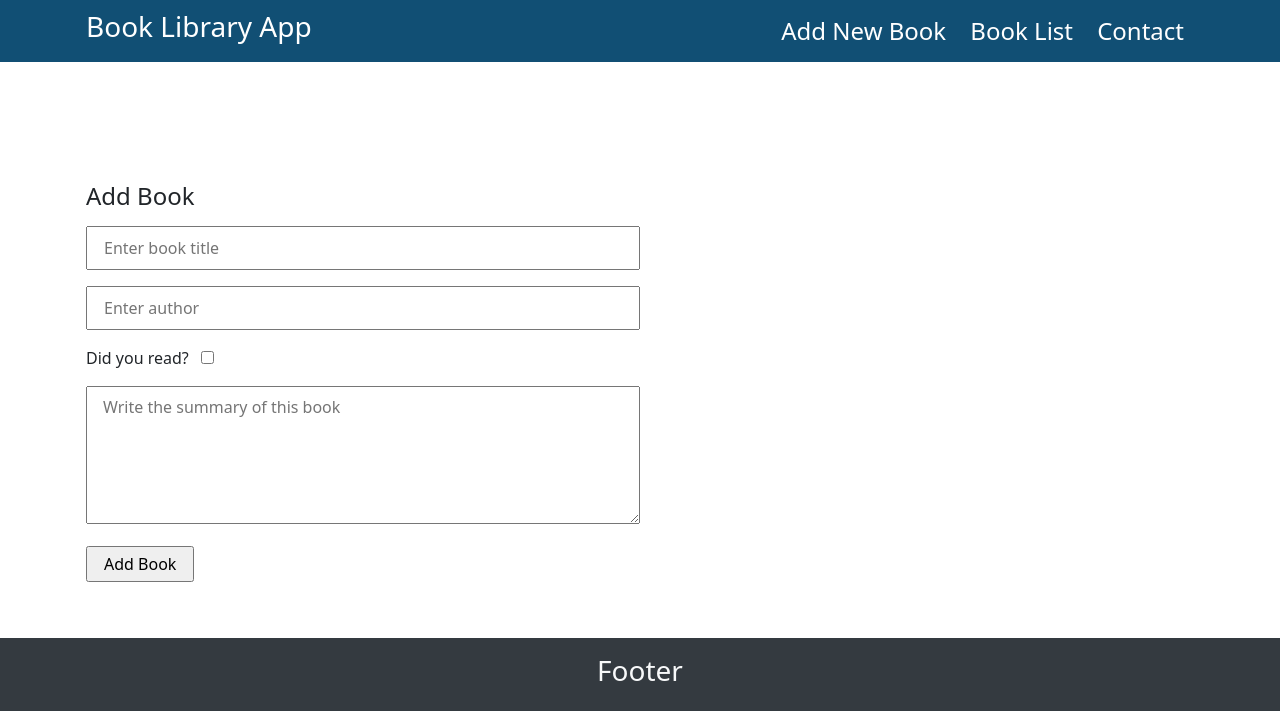
Repository: just-mann/booklibrary-app
Page: http://localhost/
These files come from the project's save history. The page is drawn as it stood at one moment and after the next save; the edit follows.
The browser window is 1280 px wide. The pictures show the whole page.
The page is served by the project's Node server (app.js).

Above is the page before, as saved 2021-06-06 04:06:25.

### views/index.ejs
<!DOCTYPE html>
<html lang="en">
<%- include('./partials/Header') %>
<body>
    <%- include('./partials/Navbar') %>
      <div class="container py-5 home">
        <div class="w-50 p-5 py-4 px-0">
          <form action="/books" method="POST" class="p-5 px-0">
            <h4>Add Book</h4>
              <div class="my-3">
                <input class="px-3 py-2 title w-100" type="text" name="title" id="title" placeholder="Enter book title" required>
              </div>
              <div class="my-3">
                <input class="px-3 py-2 author w-100" type="text" name="author" id="author" placeholder="Enter author" required>
              </div>
              <div class="my-3">
                <label for="isRead" class="mr-2">Did you read?</label>
                <input class="px-3 py-2 isRead" type="checkbox" name="isRead" id="isRead">
              </div>
              <div class="my-3">
                <textarea class="px-3 py-2 isRead w-100" name="summary" id="summary" cols="30" rows="5" placeholder="Write the summary of this book" required></textarea>
              </div>
              <div class="my-3">
                <input class="px-3 py-1 submitBtn" type="submit" value="Add Book">
              </div>
          </form>
        </div>
      </div>
    <%- include('./partials/Footer') %>
</body>
</html>

### views/partials/Header.ejs
<head>
    <meta charset="UTF-8">
    <meta name="viewport" content="width=device-width, initial-scale=1.0">
    <title><%= title %></title>
    <link rel="stylesheet" href="https://stackpath.bootstrapcdn.com/bootstrap/5.0.0-alpha1/css/bootstrap.min.css" integrity="sha384-r4NyP46KrjDleawBgD5tp8Y7UzmLA05oM1iAEQ17CSuDqnUK2+k9luXQOfXJCJ4I" crossorigin="anonymous">
    <script src="https://cdn.jsdelivr.net/npm/popper.js@1.16.0/dist/umd/popper.min.js" integrity="sha384-Q6E9RHvbIyZFJoft+2mJbHaEWldlvI9IOYy5n3zV9zzTtmI3UksdQRVvoxMfooAo" crossorigin="anonymous"></script>
    <link rel="stylesheet" href="https://unpkg.com/aos@next/dist/aos.css" />
    <link rel="stylesheet" href="https://unpkg.com/aos@next/dist/aos.css" />
    <script src="https://stackpath.bootstrapcdn.com/bootstrap/5.0.0-alpha1/js/bootstrap.min.js" integrity="sha384-oesi62hOLfzrys4LxRF63OJCXdXDipiYWBnvTl9Y9/TRlw5xlKIEHpNyvvDShgf/" crossorigin="anonymous"></script>
    <link rel="stylesheet" href="/style.css">
  </head>

### views/partials/Navbar.ejs
<nav class="container-fluid sticky-top">
    <div class="container">
        <a href="/" class="logo"><h3>Book Library App</h3></a>
        <div class="nav__links">
            <a href="/">Add New Book</a>
            <a href="/booklist">Book List</a>
            <a href="/contact">Contact</a>
        </div>
    </div>
</nav>

### views/partials/Footer.ejs
<footer class="bg-dark py-3 text-light text-center">
    <script src="https://ajax.googleapis.com/ajax/libs/jquery/3.5.1/jquery.min.js"></script>
    <script src="/script.js"></script>
    <div class="container">
        <h3>Footer</h3>
    </div>
</footer>
<script src="https://unpkg.com/aos@next/dist/aos.js"></script>
<script>
  AOS.init();
</script>

### app.js
const express = require('express'); //import express package
const app = express(); //initialize the express app
const bodyParser = require('body-parser') //import body-parser to handle data from the form
const MongoClient = require('mongodb').MongoClient; //import the mongodbClient
const { ObjectId } = require('bson');
const dbName = 'myBookList';
const dbCollectionName = 'bookCollection';

const PORT = process.env.PORT || 5000;


// Configure the body-parser
app.use(bodyParser.urlencoded({ extended: true }));


// Make static files accessible
app.use(express.static('public'));


// Set View Engine
app.set('view engine', 'ejs');



// Connect to Database
const dbURI = 'mongodb+srv://bookUser:cUk4rECaXyAWsNz8@crud-tutorial.xd65d.mongodb.net/myBookList?retryWrites=true&w=majority';
MongoClient.connect(dbURI, { useUnifiedTopology: true })
    .then(client => {

        app.listen(PORT, () => {
            console.log(`App is now running on PORT ${PORT} and Database: ${dbName} is connected`)
        });

        const db = client.db(`${dbName}`);

        const myCollection = db.collection(`${dbCollectionName}`);

        app.post('/books', (req, res) => {
            myCollection.insertOne(req.body)
                .then(result => {
                    console.log('Item added to database...');
                })
                .catch(err => console.log(err));
            res.redirect('bookList');
        })

        app.get('/booklist', (req, res) => {
            myCollection.find().sort({_id: -1}).toArray()
                .then(result => {
                    res.render('bookList', { myList: result, title: "Book List" });
                })
                .catch(err => console.log(err));
        })


        app.get('/booklist/:id', (req, res) => {
            const id = req.params.id;
            myCollection.findOne({ _id: ObjectId(`${id}`)})
                .then(result => {
                    res.render('details', { singleBook: result, title: `Book Detail  -  ${result.title}` })
                })
                .catch(err => console.log(err));
        })


        app.delete('/booklist/:id', (req, res) => {
            const id = req.params.id;
            myCollection.deleteOne({_id: ObjectId(`${id}`)})
                .then(result => {
                    res.json({ redirect: '/booklist'})
                })
                .catch(err => console.log(err));
        })


        app.get('/', (req, res) => {
            res.render('index', { title: "Add New Book" });
        })


        app.get('/contact', (req, res) => {
            res.render('contact', { title: "Contact Me" });
        })

        app.use((req, res) => {
            res.status(404).render('404', { title: '404, Page Not Found'});
        })

    })
    .catch(err => console.log(err));

### public/style.css
* {
    padding: 0;
    margin: 0;
    box-sizing: border-box;
}
body {
    min-height: 100vh;
}

a {
    text-decoration: none;
}

nav {
    background-color: #114f74;
    padding: 10px 0px;
}

nav .container {
    display: flex;
    justify-content: space-between;
    align-items: center;
}

nav .container .logo h3 {
    color: #ffffff;
    font-weight: 350;
}

nav .container .nav__links {
    color: #ffffff;
}

nav .container .nav__links a {
    color: #ffffff;
    font-size: 1.5rem;
    padding: 10px 0px;
    margin: 0px 10px;
    font-weight: 300;
}

.nav__links a:hover {
    color: red;
}

.listDiv {
    display: flex;
    grid-template-columns: repeat(3, 1fr);
}

.list {
    max-width: 350px;
    min-height: 150px;
    margin: 0px 15px;
    background-color: #e2e2e2;
    border-left: 15px solid #41a1b9;
    opacity: 0.9;
    transition: opacity 0.6s;
}

.list:hover {
    opacity: 1;
}


/* Home Page */
.home {
    height: 80vh;
}



/* Book List Page */
.bookList {
    min-height: 82vh;
}






/* details page */
.details {
    height: 100vh;
}



.bookSummary {
    max-width: 1100px;
    background: yellow;
}



/* Contact Page */
.contact {
    height: 85vh;
}

Loaded but not shown: public/script.js (no stored copy; drawn as an empty file)

After the next save:
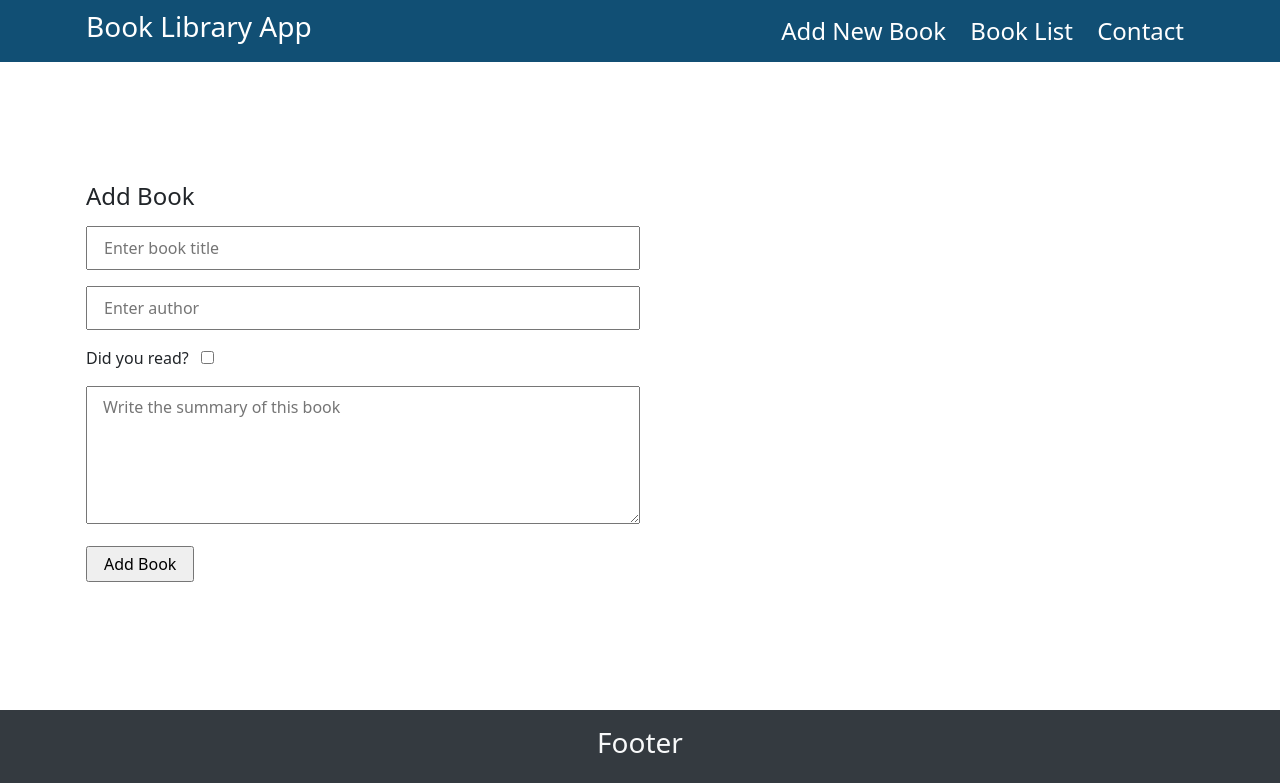
Saved 10 s later.
--- a/public/style.css
+++ b/public/style.css
@@ -65,7 +65,7 @@ nav .container .nav__links a {
 
 /* Home Page */
 .home {
-    height: 80vh;
+    height: 90vh;
 }
 
 
